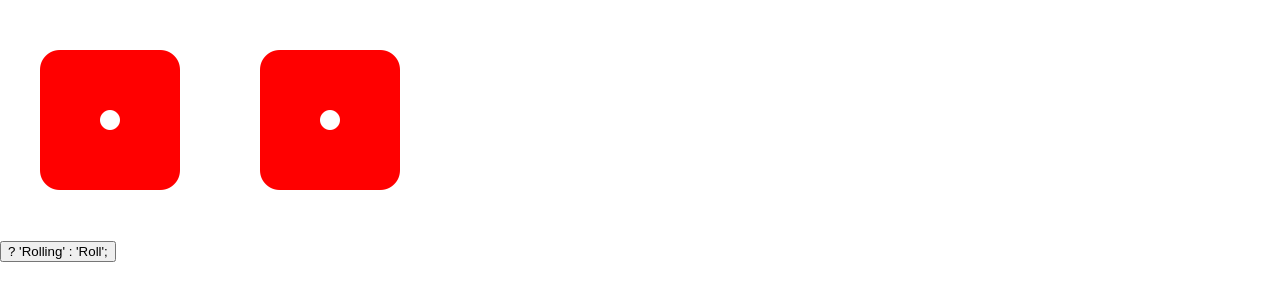
Repository: dung8466/learn-react
Page: / (app in roll-dice/)
The author's editor kept a copy of each file at every save. The page is drawn from the files as they stood at one save, then again after the next save.
The browser window is 1280 px wide. The pictures show the whole page.
The project was rebuilt for these pictures with package versions that can differ from the ones it lists, and the page was loaded fresh each time. Also part of the build but not shown: roll-dice/src/App.css, roll-dice/src/RollDice.css.

Above is the page before, as saved 2022-09-17 21:05:51.

After the next save:
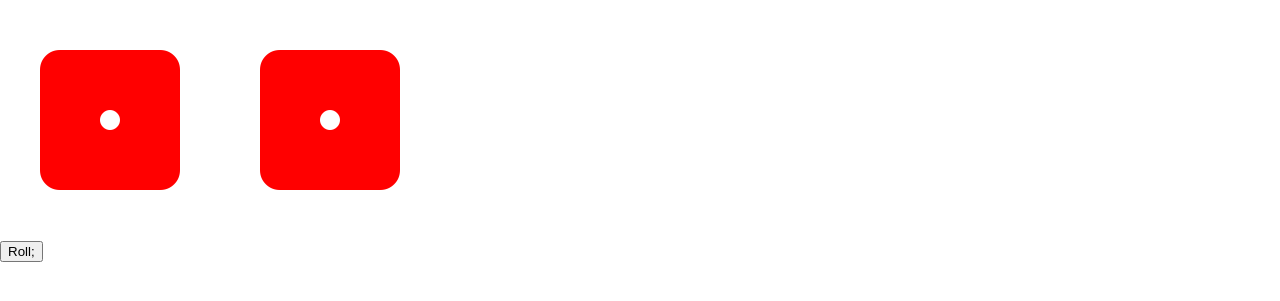
Saved 10 s later.
--- a/roll-dice/src/RollDice.js
+++ b/roll-dice/src/RollDice.js
@@ -27,7 +27,7 @@ class Rolldice extends Component{
                     <Dice face={this.state.dice2} rolling={this.state.rolling}/>
                 </div>
                 <button className="btn" onClick={this.roll} disabled={this.state.rolling}>
-                    {this.state.rolling} ? 'Rolling' : 'Roll';
+                    {this.state.rolling ? 'Rolling' : 'Roll'};
                 </button>
             </div>
         );
